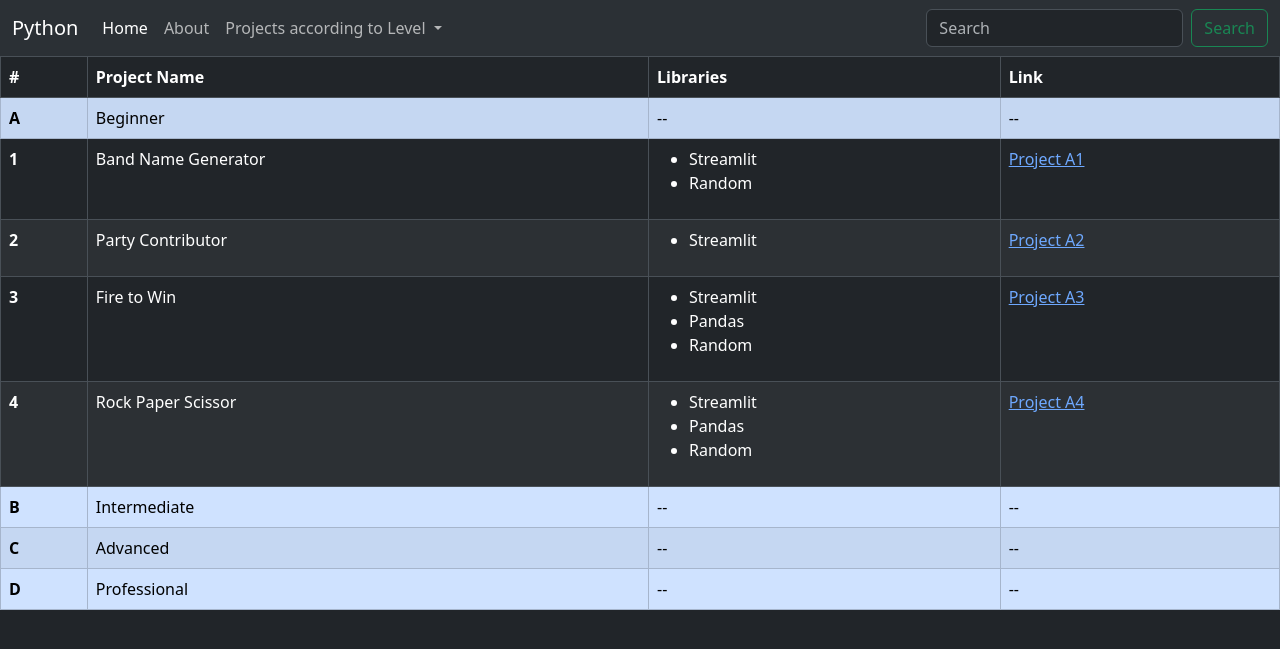
Repository: VictoriousMango/100-Python-Project
Page: index.html
These files come from the project's save history. The page is drawn as it stood at one moment and after the next save; the edit follows.
The browser window is 1280 px wide. The pictures show the whole page.

Above is the page before, as saved 2024-07-16 12:42:40.

### index.html
<!doctype html>
<html lang="en">
  <head>
    <!-- Required meta tags -->
    <meta charset="utf-8">
    <meta name="viewport" content="width=device-width, initial-scale=1, shrink-to-fit=no">

    <title>100 Python Project</title>
    <!-- Bootstrap CSS -->
    <link href="https://cdn.jsdelivr.net/npm/bootstrap@5.3.3/dist/css/bootstrap.min.css" rel="stylesheet" integrity="sha384-QWTKZyjpPEjISv5WaRU9OFeRpok6YctnYmDr5pNlyT2bRjXh0JMhjY6hW+ALEwIH" crossorigin="anonymous">    </head>

  </head>
  <body  data-bs-theme="dark">
    <nav class="navbar navbar-expand-lg bg-body-tertiary">
      <div class="container-fluid">
        <a href="#" class="navbar-brand" role="button" onclick="Toggling()">Python</a>
        <button class="navbar-toggler" type="button" data-bs-toggle="collapse" data-bs-target="#navbarSupportedContent" aria-controls="navbarSupportedContent" aria-expanded="false" aria-label="Toggle navigation">
          <span class="navbar-toggler-icon"></span>
        </button>
        <div class="collapse navbar-collapse" id="navbarSupportedContent">
          <ul class="navbar-nav me-auto mb-2 mb-lg-0">
            <li class="nav-item">
              <a class="nav-link active" href="https://victoriousmango.github.io/Portfolio/">Home</a>
            </li>
            <li class="nav-item">
              <a class="nav-link" href="#">About</a>
            </li>
            <li class="nav-item dropdown">
              <a class="nav-link dropdown-toggle" href="#" role="button" data-bs-toggle="dropdown" aria-expanded="true ">
                Projects according to Level
              </a>
              <ul class="dropdown-menu">
                <li><a class="dropdown-item" href="#Beginner">Beginner</a></li>
                <li><a class="dropdown-item" href="#Intermediate">Intermediate</a></li>
                <li><a class="dropdown-item" href="#Advanced">Advanced</a></li>
                <li><a class="dropdown-item" href="#Professional">Professional</a></li>
              </ul>
            </li>
          </ul>
        </div>
          <form class="d-flex" role="search">
            <input class="form-control me-2" type="search" placeholder="Search" aria-label="Search">
            <button class="btn btn-outline-success" type="submit">Search</button>
          </form>
      </div>
    </nav>


    <!-- Tabular Entry Start -->
    <table class="table table-bordered table-striped table table-hover">
      <thead>
        <tr>
          <th scope="col">#</th>
          <th scope="col">Project Name</th>
          <th scope="col">Libraries</th>
          <th scope="col">Link</th>
        </tr>
      </thead>
      <tbody>
        <!-- Beginner Projects -->
        <div class="Beginner" id="Beginner">
          <tr class="table-primary">
            <th scope="row">A</th>
            <td>Beginner</td>
            <td> -- </td>
            <td> -- </td>
          </tr>
          <tr>
            <th scope="row">1</th>
            <td>Band Name Generator</td>
            <td><ul>
              <li>Streamlit</li>
              <li>Random</li>
            </ul></td>
            <td>
              <a href="https://victoriousmango-100-python-project-home-python-scripts-li8dph.streamlit.app/Band_Name_Generator"  target="_blank">Project A1</a>
            </td>
          </tr>
          <tr>
            <th scope="row">2</th>
            <td>Party Contributor</td>
            <td><ul><li>Streamlit</li></ul></td>
            <td>
              <a href="https://victoriousmango-100-python-project-home-python-scripts-li8dph.streamlit.app/Party_Contributor"  target="_blank">Project A2</a>
            </td>
          </tr>
          <tr>
            <th scope="row">3</th>
            <td>Fire to Win</td>
            <td><ul>
              <li>Streamlit</li>
              <li>Pandas</li>
              <li>Random</li>
            </ul></td>
            <td>
              <a href="https://victoriousmango-100-python-project-home-python-scripts-li8dph.streamlit.app/Fire_to_Win"  target="_blank">Project A3</a>
            </td>
          </tr>
          <tr>
            <th scope="row">4</th>
            <td>Rock Paper Scissor</td>
            <td><ul>
              <li>Streamlit</li>
              <li>Pandas</li>
              <li>Random</li>
            </ul></td>
            <td>
              <a href="https://victoriousmango-100-python-project-home-python-scripts-li8dph.streamlit.app/RPS"  target="_blank">Project A4</a>
            </td>
          </tr>
        </div>

        <!-- Intermediate Project Links -->
        <div class="Intermediate" id="Intermediate">
          <tr class="table-primary">
            <th scope="row">B</th>
            <td>Intermediate</td>
            <td> -- </td>
            <td> -- </td>
          </tr>
        </div>

        <!-- Advanced Project Links -->
        <div class="Advanced" id="Advanced">
          <tr class="table-primary">
            <th scope="row">C</th>
            <td>Advanced</td>
            <td> -- </td>
            <td> -- </td>
          </tr>
        </div>

        <!-- Professional Links -->
        <div class="Professional" id="Professional">
          <tr class="table-primary">
            <th scope="row">D</th>
            <td>Professional</td>
            <td> -- </td>
            <td> -- </td>
          </tr>
        </div>

      </tbody>
    </table>
    <!-- Tabular Entry End -->
    <!-- Including JS -->
    <script src="https://cdn.jsdelivr.net/npm/bootstrap@5.3.3/dist/js/bootstrap.bundle.min.js" integrity="sha384-YvpcrYf0tY3lHB60NNkmXc5s9fDVZLESaAA55NDzOxhy9GkcIdslK1eN7N6jIeHz" crossorigin="anonymous"></script>
    <!-- JS for the web page -->
    <script>
      function Toggling() {
          console.log("Clicked the toggle button")
          console.log()
          var element = document.body;
          element.dataset.bsTheme = element.dataset.bsTheme=="light"?"dark":"light"
      }
  </script>
  </body>
</html>

After the next save:
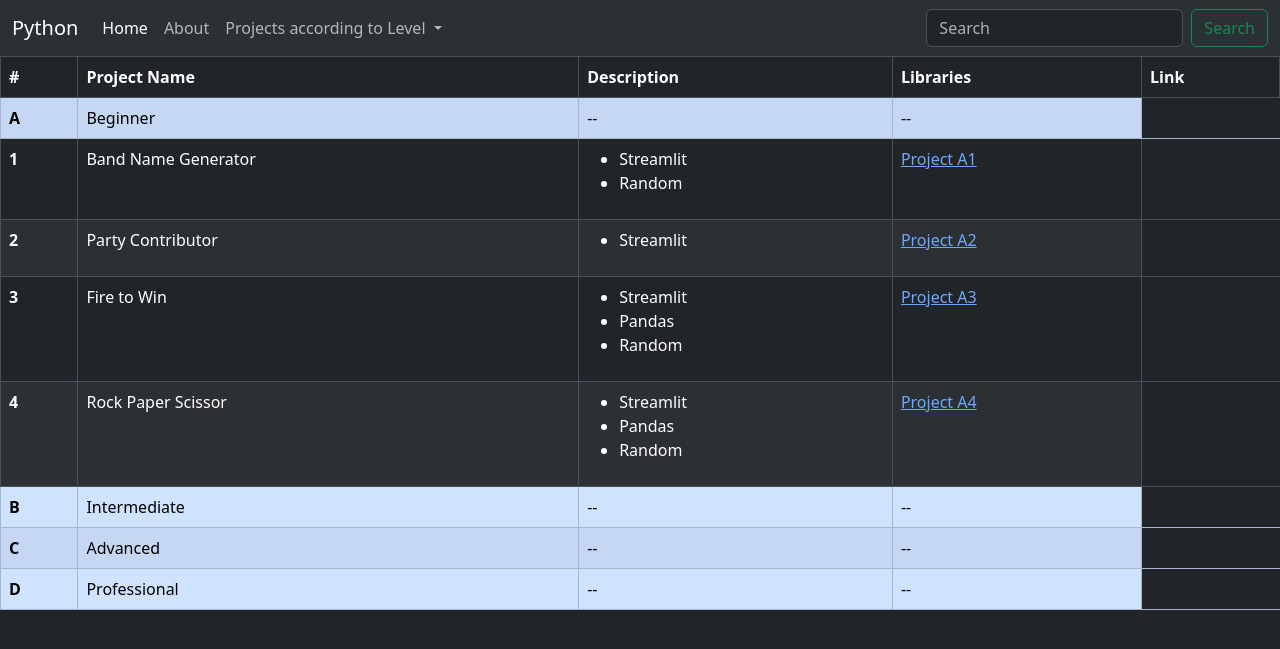
Saved 3 min 13 s later.
--- a/index.html
+++ b/index.html
@@ -52,6 +52,7 @@
         <tr>
           <th scope="col">#</th>
           <th scope="col">Project Name</th>
+          <th scope="col">Description</th>
           <th scope="col">Libraries</th>
           <th scope="col">Link</th>
         </tr>
